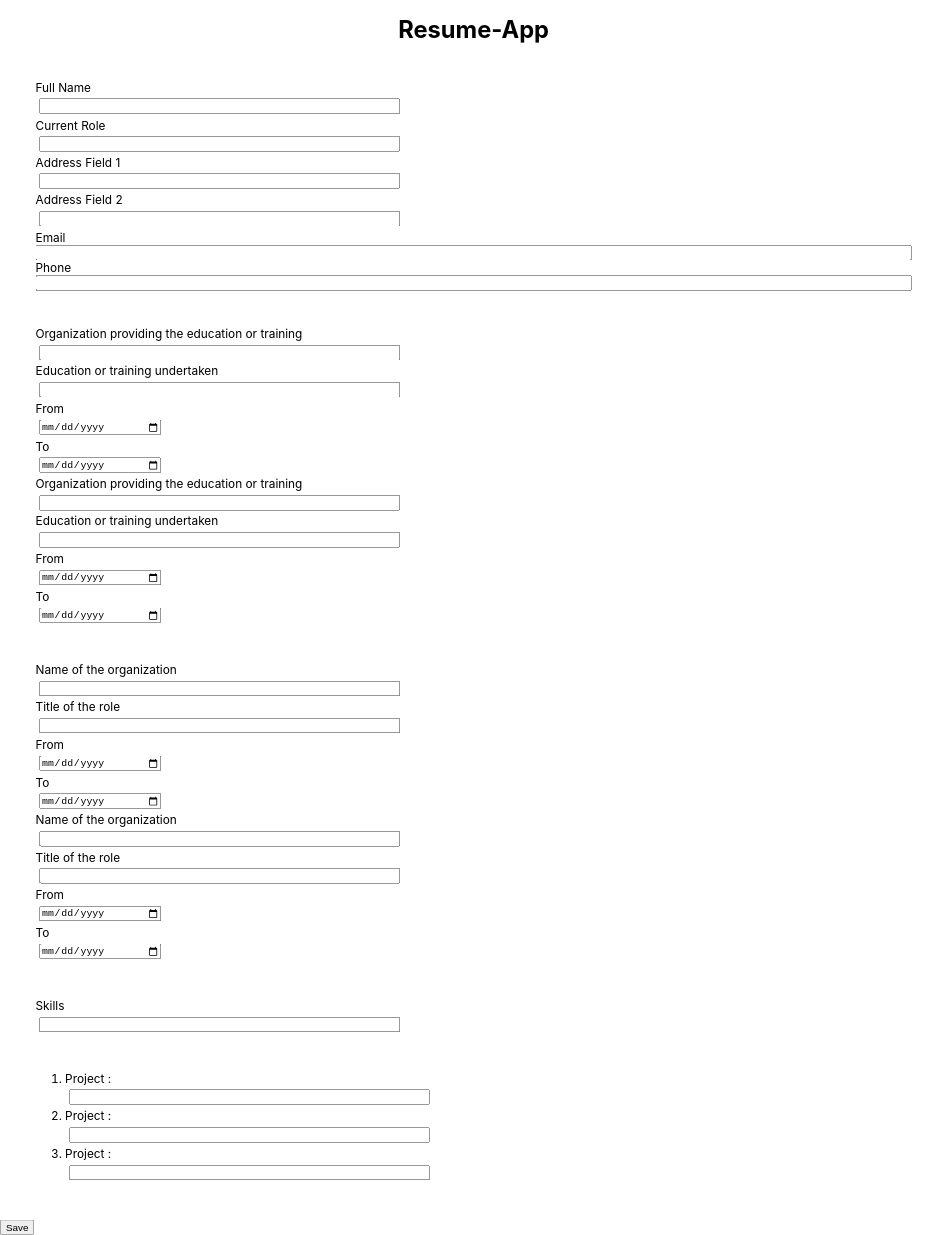
Repository: 0101chaitanya/resume-app
Page: /
These files come from the project's save history. The page is drawn as it stood at one moment and after the next save; the edit follows.
The browser window is 1280 px wide. The pictures show the whole page, at 74% of full size.
The project was rebuilt for these pictures with package versions that can differ from the ones it lists, and the page was loaded fresh each time.

Above is the page before, as saved 2021-07-28 15:36:53.

### src/App.js
import React, { useState, useEffect } from "react";
import logo from "./logo.svg";
import "./App.css";

function App() {
  const [state, setState] = useState({
    fullName: "",
    currentRole: "",
    address1: "",
    address2: "",

    schoolName1: "",
    titleOfStudy1: "",
    from1: "",
    to1: "",

    schoolName2: "",
    titleOfStudy2: "",
    from2: "",
    to2: "",

    organizationName1: "",
    titleOfRole1: "",
    workedFrom1: "",
    workedTill1: "",

    organizationName2: "",
    titleOfRole2: "",
    workedFrom2: "",
    workedTill2: "",

    skills: "",

    project1: "",
    project2: "",
    project3: "",
  });
  useEffect(() => {
    console.log(state);
  });
  const onChange = (e) => {
    const { name, value } = e.target;
    setState({
      ...state,
      [name]: value,
    });
  };
  const handleSubmit = (e) => {
    localStorage.setItem("savedData", JSON.stringify(state));
    setState({
      fullName: "",
      currentRole: "",
      address1: "",
      address2: "",

      schoolName1: "",
      titleOfStudy1: "",
      from1: "",
      to1: "",

      schoolName2: "",
      titleOfStudy2: "",
      from2: "",
      to2: "",

      organizationName1: "",
      titleOfRole1: "",
      workedFrom1: "",
      workedTill1: "",

      organizationName2: "",
      titleOfRole2: "",
      workedFrom2: "",
      workedTill2: "",

      skills: "",

      project1: "",
      project2: "",
      project3: "",
    });
    e.target.submit();
  };

  return (
    <div className="App">
      <header className="App-header">
        <h1>Resume-App</h1>
      </header>
      <form
        onSubmit={(e) => {
          e.preventDefault();
          handleSubmit(e);
        }}
      >
        <div className="section section1">
          <label htmlFor="fullName">
            Full Name
            <input
              required
              id="fullName"
              name="fullName"
              onChange={onChange}
              value={state.fullName}
              type="text"
            />
          </label>
          <label htmlFor="currentRole">
            Current Role
            <input
              required
              id="currentRole"
              name="currentRole"
              onChange={onChange}
              value={state.currentRole}
              type="text"
            />
          </label>
          <label htmlFor="address1">
            Address Field 1
            <input
              required
              id="address1"
              name="address1"
              onChange={onChange}
              value={state.address1}
              type="text"
            />
          </label>
          <label htmlFor="address2">
            Address Field 2
            <input
              required
              id="address2"
              name="address2"
              onChange={onChange}
              value={state.address2}
              type="text"
            />
          </label>
          <label htmlFor="email">
            Email
            <input
              required
              id="email"
              name="email"
              onChange={onChange}
              value={state.email}
              type="email"
            />
          </label>
          <label htmlFor="phone">
            Phone
            <input
              required
              id="phone"
              name="phone"
              onChange={onChange}
              value={state.phone}
              type="tel"
            />
          </label>
        </div>
        <div className="section section2">
          <div className="edu1">
            <label htmlFor="schoolName1">
              Organization providing the education or training
              <input
                required
                id="schoolName1"
                name="schoolName1"
                onChange={onChange}
                value={state.schoolName1}
                type="text"
              />
            </label>
            <label htmlFor="titleOfStudy1">
              Education or training undertaken
              <input
                required
                id="titleOfStudy1"
                name="titleOfStudy1"
                onChange={onChange}
                value={state.titleOfStudy1}
                type="text"
              />
            </label>
            <label htmlFor="from1">
              From
              <input
                required
                id="from1"
                name="from1"
                onChange={onChange}
                value={state.from1}
                type="date"
              />
            </label>
            <label htmlFor="to1">
              To
              <input
                required
                id="to1"
                name="to1"
                onChange={onChange}
                value={state.to1}
                type="date"
              />
            </label>
          </div>
          <div className="edu2">
            <label htmlFor="schoolName2">
              Organization providing the education or training
              <input
                required
                id="schoolName2"
                name="schoolName2"
                onChange={onChange}
                value={state.schoolName2}
                type="text"
              />
            </label>
            <label htmlFor="titleOfStudy2">
              Education or training undertaken
              <input
                required
                id="titleOfStudy2"
                name="titleOfStudy2"
                onChange={onChange}
                value={state.titleOfStudy2}
                type="text"
              />
            </label>
            <label htmlFor="from2">
              From
              <input
                required
                id="from2"
                name="from2"
                onChange={onChange}
                value={state.from2}
                type="date"
              />
            </label>
            <label htmlFor="to2">
              To
              <input
                required
                id="to2"
                name="to2"
                onChange={onChange}
                value={state.to2}
                type="date"
              />
            </label>
          </div>
        </div>
        <div className="section section3">
          <div className="job1">
            <label htmlFor="organizationName1">
              Name of the organization
              <input
                required
                id="organizationName1"
                name="organizationName1"
                onChange={onChange}
                value={state.organizationName1}
                type="text"
              />
            </label>
            <label htmlFor="titleOfRole1">
              Title of the role
              <input
                required
                id="titleOfRole1"
                name="titleOfRole1"
                onChange={onChange}
                value={state.titleOfRole1}
                type="text"
              />
            </label>
            <label htmlFor="workedFrom1">
              From
              <input
                required
                id="workedFrom1"
                name="workedFrom1"
                onChange={onChange}
                value={state.workedFrom1}
                type="date"
              />
            </label>
            <label htmlFor="workedTill1">
              To
              <input
                required
                id="workedTill1"
                name="workedTill1"
                onChange={onChange}
                value={state.workedTill1}
                type="date"
              />
            </label>
          </div>
          <div className="job2">
            <label htmlFor="organizationName2">
              Name of the organization
              <input
                id="organizationName2"
                name="organizationName2"
                onChange={onChange}
                value={state.organizationName2}
                type="text"
              />
            </label>
            <label htmlFor="titleOfRole2">
              Title of the role
              <input
                id="titleOfRole2"
                name="titleOfRole2"
                onChange={onChange}
                value={state.titleOfRole2}
                type="text"
              />
            </label>
            <label htmlFor="workedFrom2">
              From
              <input
                id="workedFrom2"
                name="workedFrom2"
                onChange={onChange}
                value={state.workedFrom2}
                type="date"
              />
            </label>
            <label htmlFor="workedTill2">
              To
              <input
                id="workedTill2"
                name="workedTill2"
                onChange={onChange}
                value={state.workedTill2}
                type="date"
              />
            </label>
          </div>
        </div>
        <div className="section section4">
          <label htmlFor="skills">
            Skills
            <input
              required
              id="skills"
              name="skills"
              onChange={onChange}
              value={state.skills}
              type="text"
            />
          </label>
        </div>
        <div className="section section5">
          <ol>
            <li>
              <label htmlFor="project1">
                Project :{" "}
                <input
                  required
                  id="project1"
                  name="project1"
                  onChange={onChange}
                  value={state.project1}
                  type="text"
                />
              </label>
            </li>
            <li>
              <label htmlFor="project2">
                Project :{" "}
                <input
                  required
                  id="project2"
                  name="project2"
                  onChange={onChange}
                  value={state.project2}
                  type="text"
                />
              </label>
            </li>
            <li>
              <label htmlFor="project3">
                Project :{" "}
                <input
                  id="project3"
                  name="project3"
                  onChange={onChange}
                  value={state.project3}
                  type="text"
                />
              </label>
            </li>
          </ol>
        </div>
        <button type="submit">Save</button>
      </form>
    </div>
  );
}

export default App;

### src/App.css
h1 {
  text-align: center;
}
label {
  display: flex;
  flex-direction: column;
}
input[type="text"] {
  width: 30rem;
  margin: 0.3rem;
}

input[type="date"] {
  width: 10rem;

  margin: 0.3rem;
}
.section {
  margin: 2rem;
}
.section1,
.section2,
.section3,
.section4,
.section5 {
  margin: 3rem;
}

Loaded but not shown: public/index.html (common file); src/index.js (common file); src/index.css (common file); src/reportWebVitals.js (common file)

After the next save:
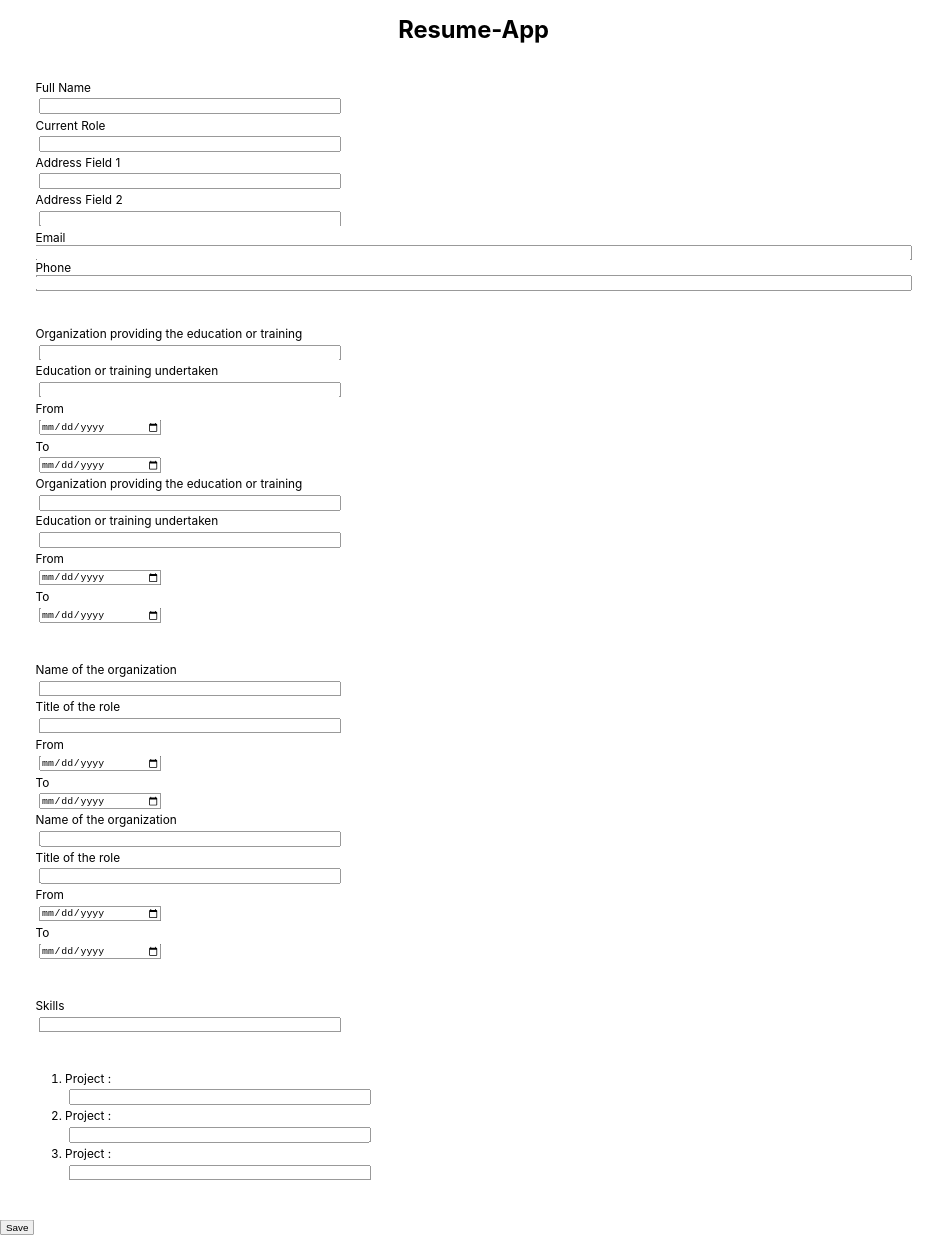
Saved 19 s later.
--- a/src/App.css
+++ b/src/App.css
@@ -6,7 +6,7 @@ label {
   flex-direction: column;
 }
 input[type="text"] {
-  width: 30rem;
+  width: 25rem;
   margin: 0.3rem;
 }
 
